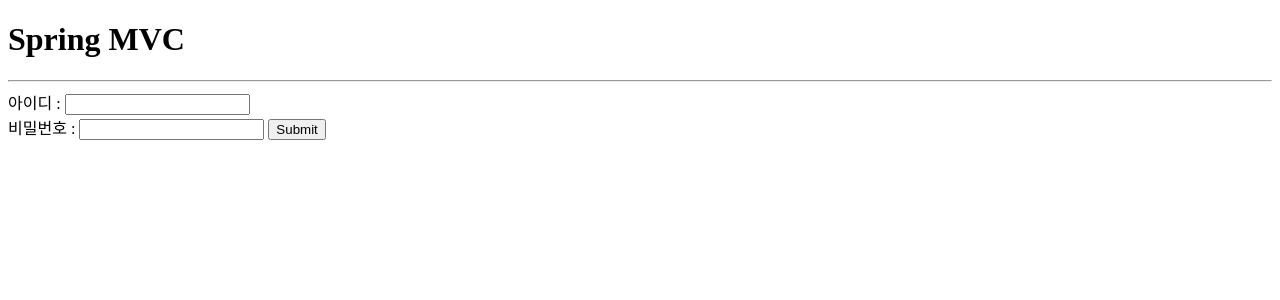
Repository: loseminho/khAcademy-Study
Page: http://localhost/01_SpringMVC/
An editor plug-in stored every save of this project. The page is shown before and after the next save, followed by the edit.
The browser window is 1280 px wide. The pictures show the whole page.
The page is served by Tomcat 9. Other server files are loaded and not shown.

Above is the page before, as saved 2022-09-29 08:03:22.

### spring/workspace-sts-3.9.13.RELEASE/01_SpringMVC/src/main/webapp/index.jsp
<%@ page language="java" contentType="text/html; charset=UTF-8"
    pageEncoding="UTF-8"%>
<!DOCTYPE html>
<html>
<head>
<meta charset="UTF-8">
<title>Insert title here</title>
</head>
<body>
<%System.out.println("접속이 들어왔습니다!");%>
	<h1>Spring MVC</h1>
	<hr>
	<form action="/login.do" method="post">
		아이디 : <input type="text" name="memberId"><br>
		비밀번호 : <input type="password" name="memberPw">
		<input type="submit">
	</form>
</body>
</html>

After the next save:
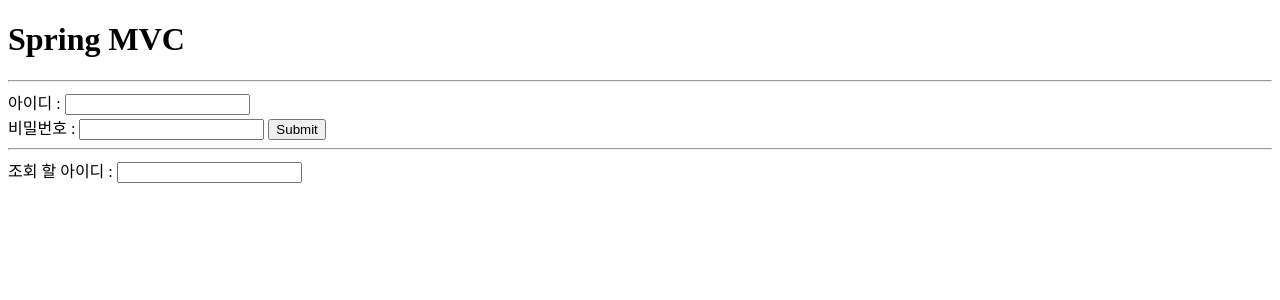
Saved 48 s later.
--- a/spring/workspace-sts-3.9.13.RELEASE/01_SpringMVC/src/main/webapp/index.jsp
+++ b/spring/workspace-sts-3.9.13.RELEASE/01_SpringMVC/src/main/webapp/index.jsp
@@ -15,5 +15,9 @@
 		비밀번호 : <input type="password" name="memberPw">
 		<input type="submit">
 	</form>
+	<hr>
+	<form action="/search.do" method="get">
+		조회 할 아이디 : <input type="text" name="memberId">
+	</form>
 </body>
 </html>
